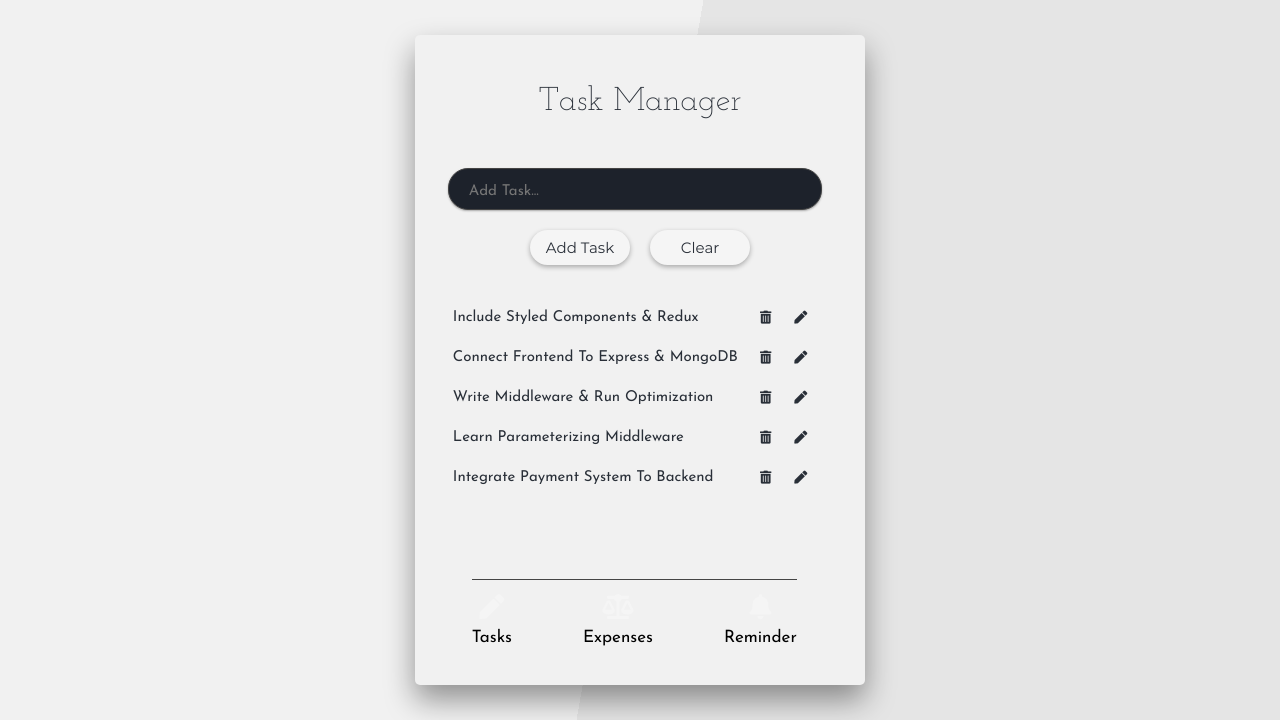
Repository: Kol124/react-task-manager
Page: /
These files come from the project's save history. The page is drawn as it stood at one moment and after the next save; the edit follows.
The browser window is 1280 px wide. The pictures show the whole page.
The project was rebuilt for these pictures with package versions that can differ from the ones it lists, and the page was loaded fresh each time. Also part of the build but not shown: src/components/Expenses/Expenses.js, src/components/Reminder/Reminder.js.

Above is the page before, as saved 2021-06-24 17:34:44.

After the next save:
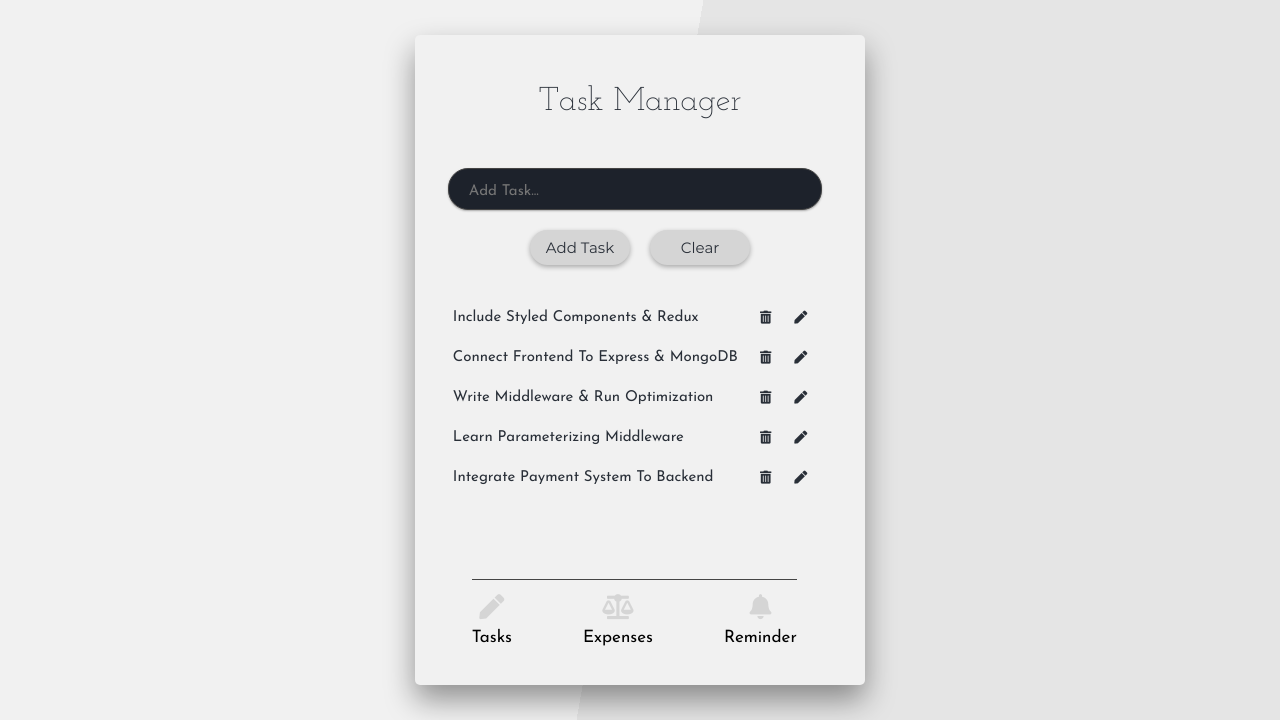
Saved 15 s later.
--- a/src/context/ThemeContext.js
+++ b/src/context/ThemeContext.js
@@ -5,7 +5,7 @@ export const ThemeContext = createContext();
 export default class ThemeContextProvider extends Component {
   state = {
     isLightTheme: true,
-    light: { font: "#292f38", accent: "#f5f5f5", bg: "#f1f1f1" },
+    light: { font: "#292f38", accent: "#d5d5d5", bg: "#f1f1f1" },
     dark: { font: "#f1f1f1", accent: "#1d222b", bg: "#292f38" },
   };
 
